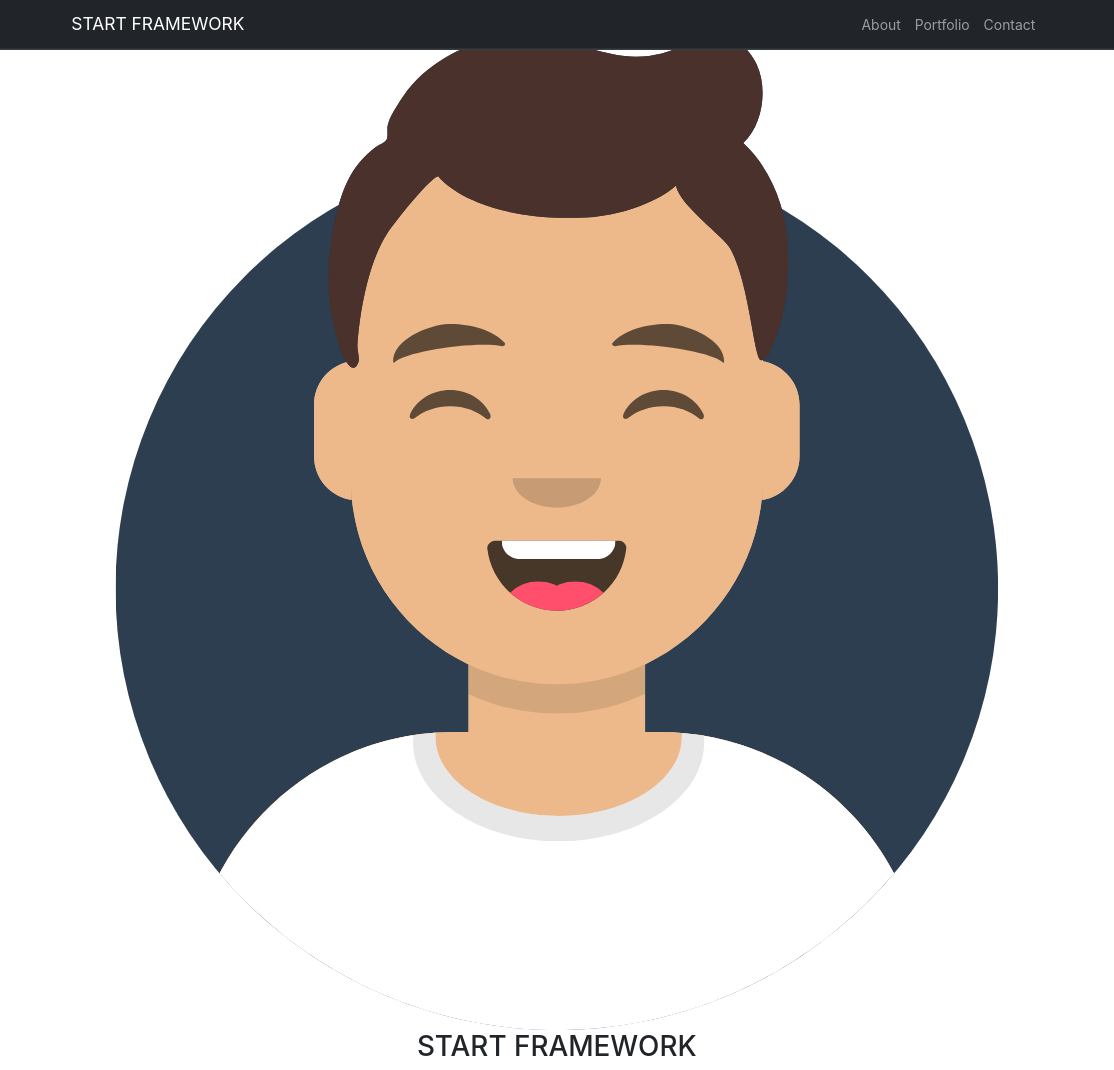
Repository: YomnaWegdan/startFramework
Page: /
The author's editor kept a copy of each file at every save. The page is drawn from the files as they stood at one save, then again after a run of saves.
The browser window is 1280 px wide. The pictures show the whole page, at 87% of full size.
The project was rebuilt for these pictures with package versions that can differ from the ones it lists, and the page was loaded fresh each time. Also part of the build but not shown: src/Components/About.jsx, src/Components/Contact.jsx, src/Components/Error.jsx.

Above is the page before, as saved 2024-02-04 21:50:42.

After the next 2 saves:
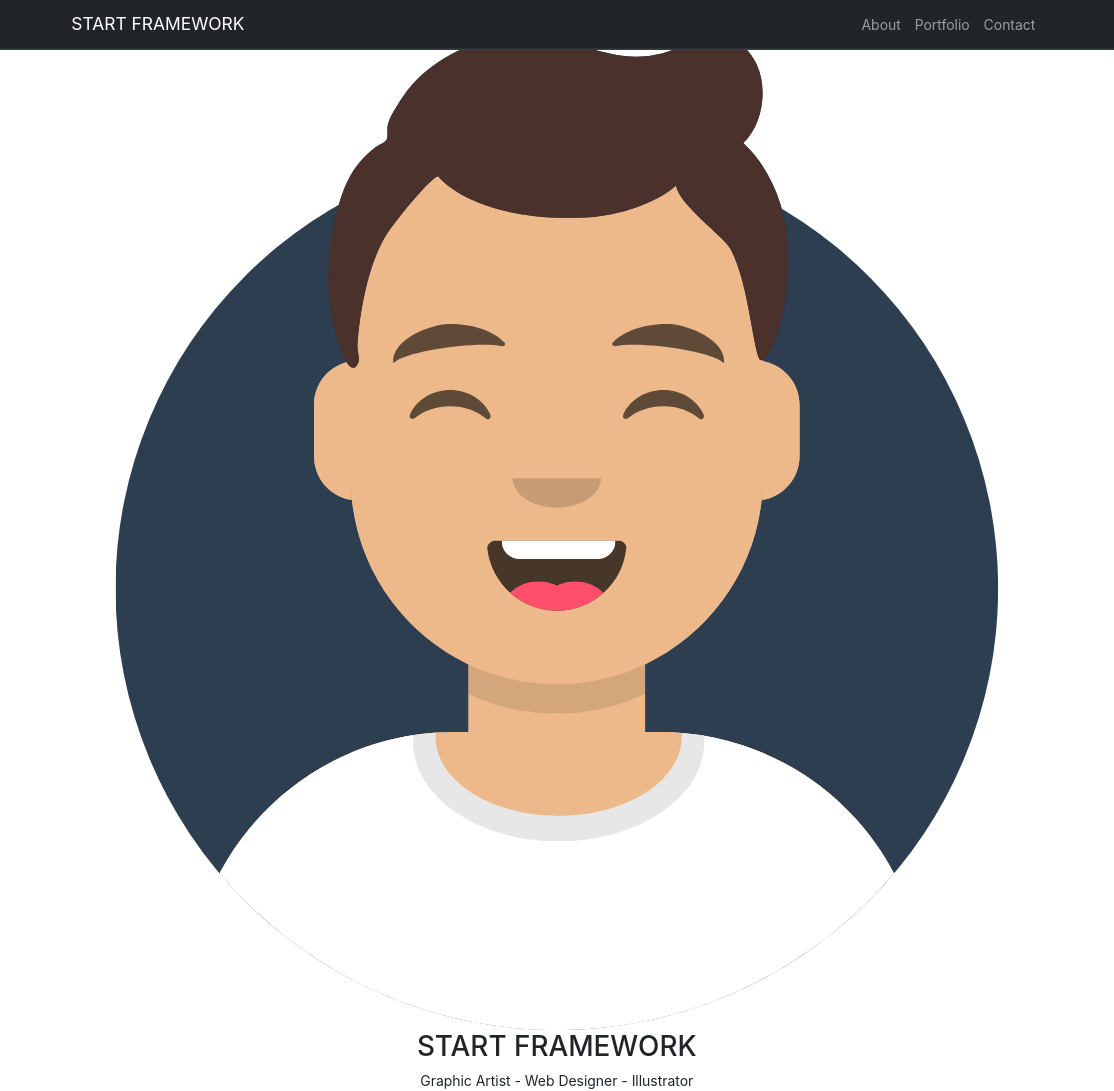
The 2 saves are shown as one change because they came seconds apart.
The last was saved 20 s later.
--- a/src/Components/Home.jsx
+++ b/src/Components/Home.jsx
@@ -9,6 +9,8 @@ export default function Home() {
                 <div className='col-md-12'>
                 <img src={img} className='w-100' alt='img'/>
                 <h2>START FRAMEWORK</h2>
+                <div>Graphic Artist - Web Designer - Illustrator
+                </div>
 
 
                 </div>
